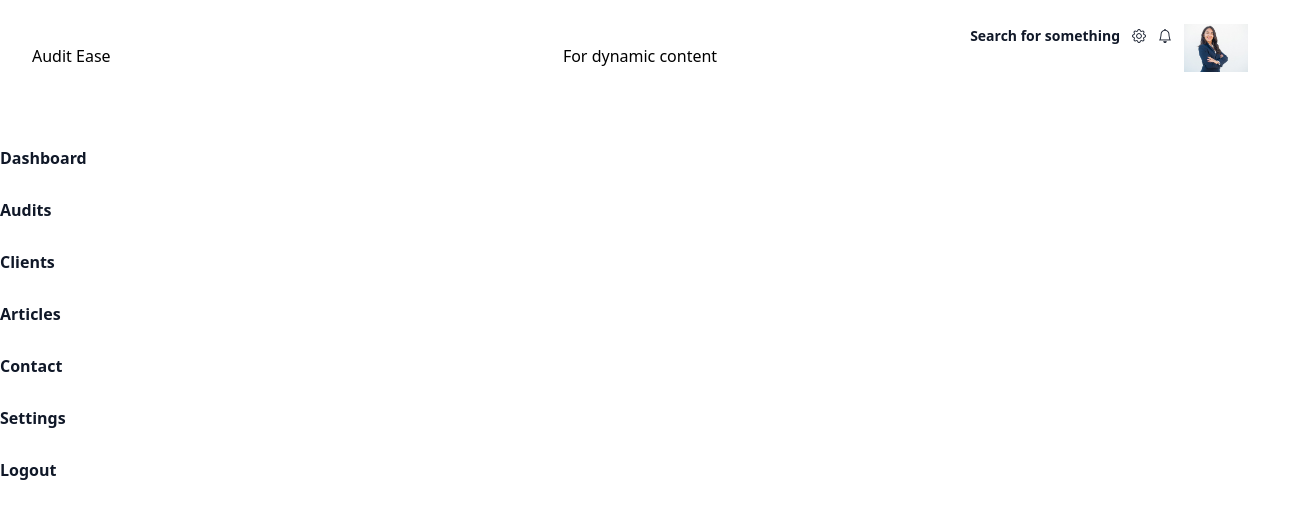
Repository: EclipticCode/Audit-Ease-FE
Page: /
The author's editor kept a copy of each file at every save. The page is drawn from the files as they stood at one save, then again after a run of saves.
The browser window is 1280 px wide. The page is 1292 px wide, so the pictures cover 1292 px, including what lies to the right of the window. The pictures show the whole page.
Some web libraries are served in a nearby version. The project was rebuilt for these pictures with package versions that can differ from the ones it lists, and the page was loaded fresh each time. Also part of the build but not shown: vite.config.js, Login.jsx.

Above is the page before, as saved 2025-03-27 19:56:48.

### index.html
<!doctype html>
<html lang="en">
  <head>
    <meta charset="UTF-8" />
    <link rel="icon" type="image/svg+xml" href="" />
    <meta name="viewport" content="width=device-width, initial-scale=1.0" />
    <title>Audit Ease</title>
     <!-- Bootstrap Icon link-->
     <link
     rel="stylesheet"
     href="https://cdn.jsdelivr.net/npm/bootstrap-icons@1.11.3/font/bootstrap-icons.min.css"
   />
    <!-- Font awesome CDN -->
    <link rel="stylesheet" href="https://cdnjs.cloudflare.com/ajax/libs/font-awesome/6.6.0/css/all.min.css">
  </head>
  <body>
    <div id="root"></div>
    <script type="module" src="/src/main.jsx"></script>
  </body>
</html>

### src/main.jsx
import React from "react";
import ReactDOM from "react-dom/client";
import App from "./App";
import "./index.css"; // Ensure Tailwind styles are imported

ReactDOM.createRoot(document.getElementById("root")).render(
  <React.StrictMode>
    <App />
  </React.StrictMode>
);

### src/App.jsx
import React from 'react'
import Login from '../Login'
import Navbar from './Navbar'

const App = () => {
  return (
   <div>
      <Navbar/>
   </div>
  )
}

export default App

### src/index.css
@import url('https://fonts.googleapis.com/css2?family=Roboto:ital,wght@0,100..900;1,100..900&display=swap');

@import "tailwindcss";

@theme {
  --font-roboto: "Roboto", sans-serif;
  --font-weight-light: 300;
  --font-weight-normal: 400;
  --font-weight-medium: 500;
  --font-weight-semibold: 600;
  --font-weight-bold: 700;
  --color-soft-primary: #B2C4FB;
  --color-light-primary: #053ADA;
  --color-dark-primary: #032691;
  --color-deep-primary: #021655;
  --color-soft-seconday: #FFFFFF;
  --color-light-seconday: #B1B1B1;
  --color-dark-seconday: #263238;
  --color-deep-seconday: #000000;

}

### src/Navbar.jsx
import React from 'react'
import profile from './assets/Profile.jpeg'

const Navbar = () => {
  return (
    <div>
         <header className="bg-white">
      <nav aria-label="Global" className="mx-auto flex max-w-7xl items-center justify-between p-6 lg:px-8">
        <div className="flex lg:flex-1">
          <a href="#" className="-m-1.5 p-1.5">
            <span className="sr-only">Audit Ease</span>
            Audit Ease
          </a>
        </div>
        <div>
            For dynamic content
        </div>

        <div className="hidden lg:flex lg:flex-1 lg:justify-end">
        <div className='flex space-x-3'>
        <a href="#" className="text-sm/6 font-semibold text-gray-900">
            Search for something
          </a>
          <a href="#" className="text-sm/6 font-semibold text-gray-900">
          <button className=''><i className="bi bi-gear"></i></button>
          </a>
          <a href="#" className="text-sm/6 font-semibold text-gray-900">
          <i className="bi bi-bell"></i>
          </a>
          <a href="#" className="text-sm/6 font-semibold text-gray-900 w-16 h-16 rounded-full">
            <img src={profile} alt="" />
          </a>
        </div>
        </div>
      </nav>

        <div className="fixed inset-0 z-10" />
          <div className="mt-6 flow-root">
            <div className="-my-6 divide-y divide-gray-500/10">
              <div className="space-y-2 py-6">
                <a
                  href="#"
                  className="-mx-3 block rounded-lg px-3 py-2 text-base/7 font-semibold text-gray-900 hover:bg-gray-50"
                >
                  Dashboard
                </a>
                <a
                  href="#"
                  className="-mx-3 block rounded-lg px-3 py-2 text-base/7 font-semibold text-gray-900 hover:bg-gray-50"
                >
                  Audits
                </a>
                <a
                  href="#"
                  className="-mx-3 block rounded-lg px-3 py-2 text-base/7 font-semibold text-gray-900 hover:bg-gray-50"
                >
                  Clients
                </a>
                <a
                  href="#"
                  className="-mx-3 block rounded-lg px-3 py-2 text-base/7 font-semibold text-gray-900 hover:bg-gray-50"
                >
                  Articles
                </a>
                <a
                  href="#"
                  className="-mx-3 block rounded-lg px-3 py-2 text-base/7 font-semibold text-gray-900 hover:bg-gray-50"
                >
                  Contact
                </a>
                <a
                  href="#"
                  className="-mx-3 block rounded-lg px-3 py-2 text-base/7 font-semibold text-gray-900 hover:bg-gray-50"
                >
                  Settings
                </a>
                <a
                  href="#"
                  className="-mx-3 block rounded-lg px-3 py-2 text-base/7 font-semibold text-gray-900 hover:bg-gray-50"
                >
                  Logout
                </a>
              </div>
            </div>
          </div>

    </header>
    </div>
  )
}

export default Navbar

After the next 2 saves:
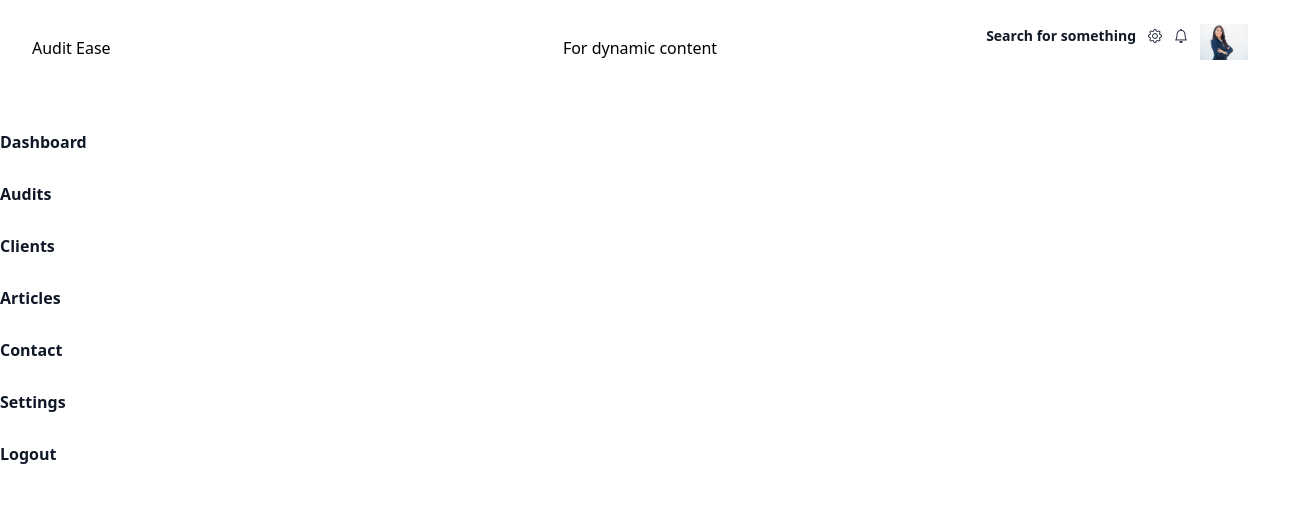
The 2 saves are shown as one change because they came seconds apart.
The last was saved 6 s later.
--- a/src/Navbar.jsx
+++ b/src/Navbar.jsx
@@ -27,7 +27,7 @@ const Navbar = () => {
           <a href="#" className="text-sm/6 font-semibold text-gray-900">
           <i className="bi bi-bell"></i>
           </a>
-          <a href="#" className="text-sm/6 font-semibold text-gray-900 w-16 h-16 rounded-full">
+          <a href="#" className="text-sm/6 font-semibold text-gray-900 w-12 h-12 rounded-full">
             <img src={profile} alt="" />
           </a>
         </div>
